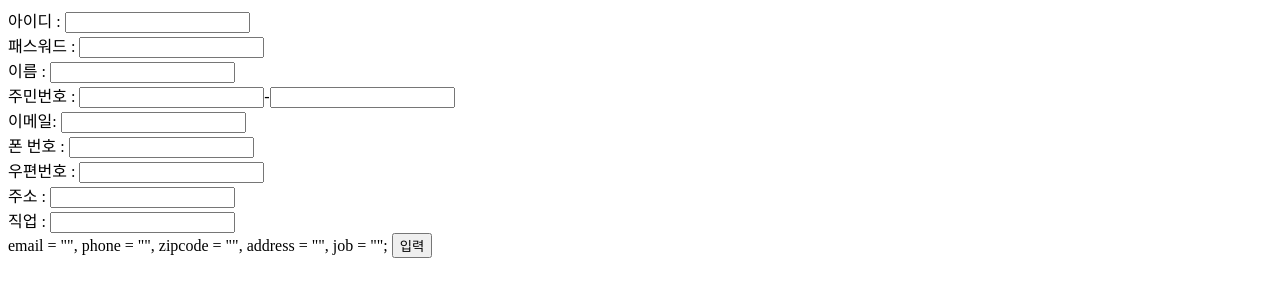
Repository: Chaelin02/2-_JSP
Page: http://localhost/BasicJSP/jdbc07/InsertTestForm.jsp
An editor plug-in stored every save of this project. The page is shown before and after the next save, followed by the edit.
The browser window is 1280 px wide. The pictures show the whole page.
The page is served by Tomcat 9.

Above is the page before, as saved 2019-06-20 23:28:00.

After the next save:
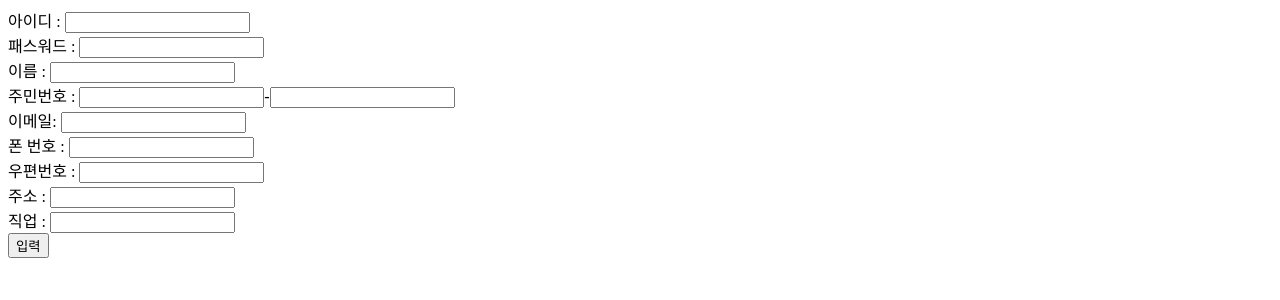
Saved 25 s later.
--- a/BasicJSP/WebContent/jdbc07/InsertTestForm.jsp
+++ b/BasicJSP/WebContent/jdbc07/InsertTestForm.jsp
@@ -18,11 +18,6 @@
 		주소 : <input type=text name=address><br>
 		직업 : <input type=text name=job><br>
 
-		 email = "",
-				  phone = "",
-				  zipcode = "",
-				  address = "",
-				 job = "";
 
 		<input type=submit value=입력>
 	</form>
